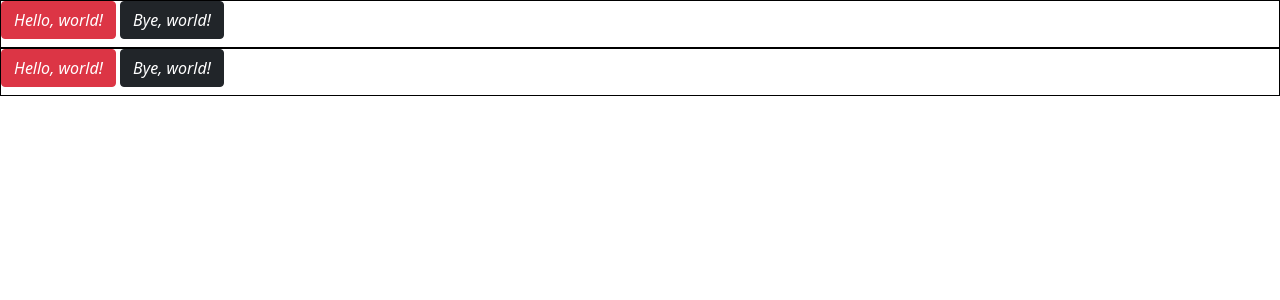
Repository: mobey3/JspProject
Page: http://localhost/JS_JSP/
These files come from the project's save history. The page is drawn as it stood at one moment and after the next save; the edit follows.
The browser window is 1280 px wide. The pictures show the whole page.
The page is served by Tomcat 9.

Above is the page before, as saved 2021-07-20 01:42:30.

After the next save:
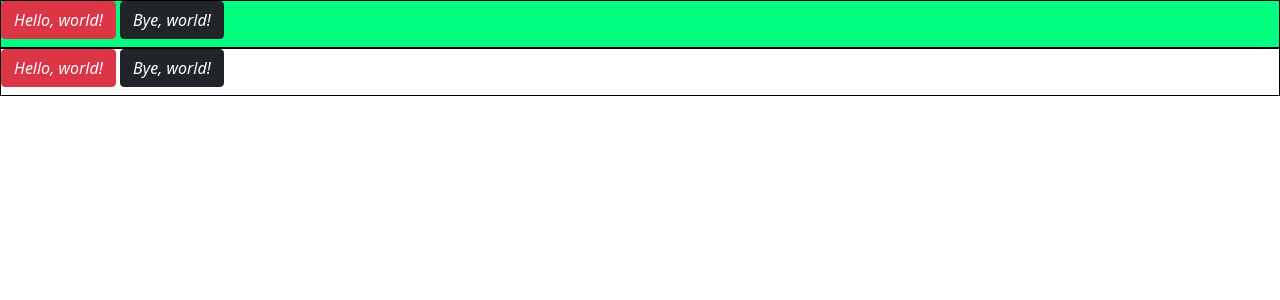
Saved 47 s later.
--- a/0720/JS_JSP/src/main/webapp/index.jsp
+++ b/0720/JS_JSP/src/main/webapp/index.jsp
@@ -21,6 +21,10 @@
     	.btn{
     	font-style : italic
     	}
+    	div.ldj{
+    	background : springgreen
+    	}
+
     	div{
     	border : 1px solid black
     	}
